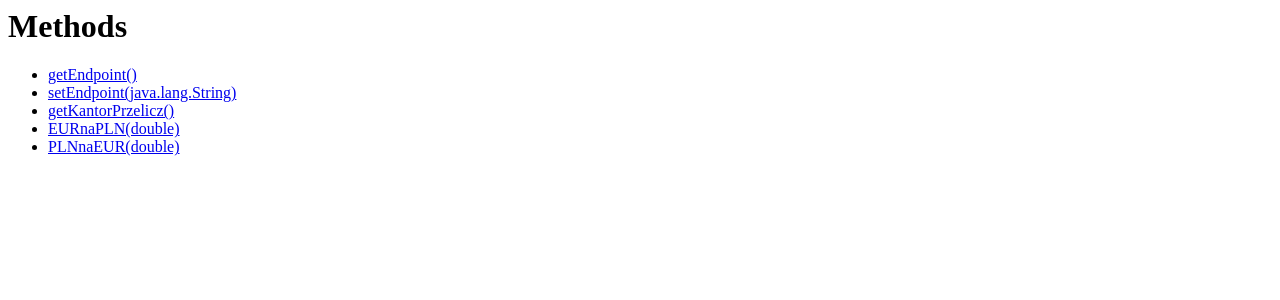
Repository: kuska-marcin/SRIR
Page: http://localhost/KantorWSClient/sampleKantorPrzeliczProxy/Method.jsp
The author's editor kept a copy of each file at every save. The page is drawn from the files as they stood at one save, then again after the next save.
The browser window is 1280 px wide. The pictures show the whole page.
The page is served by Tomcat 9. Other server files are loaded and not shown.

Above is the page before, as saved 2016-01-12 22:18:43.

### KantorWSClient/WebContent/sampleKantorPrzeliczProxy/Method.jsp
<%@page contentType="text/html;charset=UTF-8"%><HTML>
<HEAD>
<TITLE>Methods</TITLE>
</HEAD>
<BODY>
<H1>Methods</H1>
<UL>
<LI><A HREF="Input.jsp?method=2" TARGET="inputs"> getEndpoint()</A></LI>
<LI><A HREF="Input.jsp?method=5" TARGET="inputs"> setEndpoint(java.lang.String)</A></LI>
<LI><A HREF="Input.jsp?method=10" TARGET="inputs"> getKantorPrzelicz()</A></LI>
<LI><A HREF="Input.jsp?method=13" TARGET="inputs"> EURnaPLN(double)</A></LI>
<LI><A HREF="Input.jsp?method=18" TARGET="inputs"> PLNnaEUR(double)</A></LI>
</UL>
</BODY>
</HTML>

After the next save:
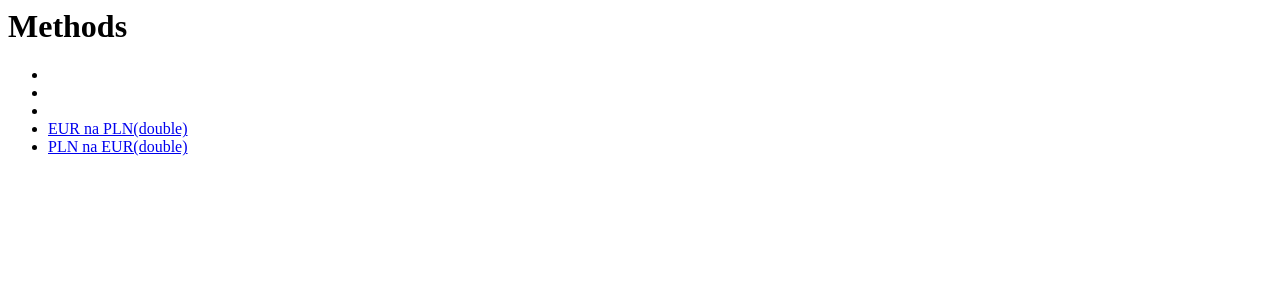
Saved 76 s later.
--- a/KantorWSClient/WebContent/sampleKantorPrzeliczProxy/Method.jsp
+++ b/KantorWSClient/WebContent/sampleKantorPrzeliczProxy/Method.jsp
@@ -5,11 +5,11 @@
 <BODY>
 <H1>Methods</H1>
 <UL>
-<LI><A HREF="Input.jsp?method=2" TARGET="inputs"> getEndpoint()</A></LI>
-<LI><A HREF="Input.jsp?method=5" TARGET="inputs"> setEndpoint(java.lang.String)</A></LI>
-<LI><A HREF="Input.jsp?method=10" TARGET="inputs"> getKantorPrzelicz()</A></LI>
-<LI><A HREF="Input.jsp?method=13" TARGET="inputs"> EURnaPLN(double)</A></LI>
-<LI><A HREF="Input.jsp?method=18" TARGET="inputs"> PLNnaEUR(double)</A></LI>
+<LI><A HREF="Input.jsp?method=2" TARGET="inputs"></A></LI>
+<LI><A HREF="Input.jsp?method=5" TARGET="inputs"></A></LI>
+<LI><A HREF="Input.jsp?method=10" TARGET="inputs"></A></LI>
+<LI><A HREF="Input.jsp?method=13" TARGET="inputs"> EUR na PLN(double)</A></LI>
+<LI><A HREF="Input.jsp?method=18" TARGET="inputs"> PLN na EUR(double)</A></LI>
 </UL>
 </BODY>
 </HTML>
